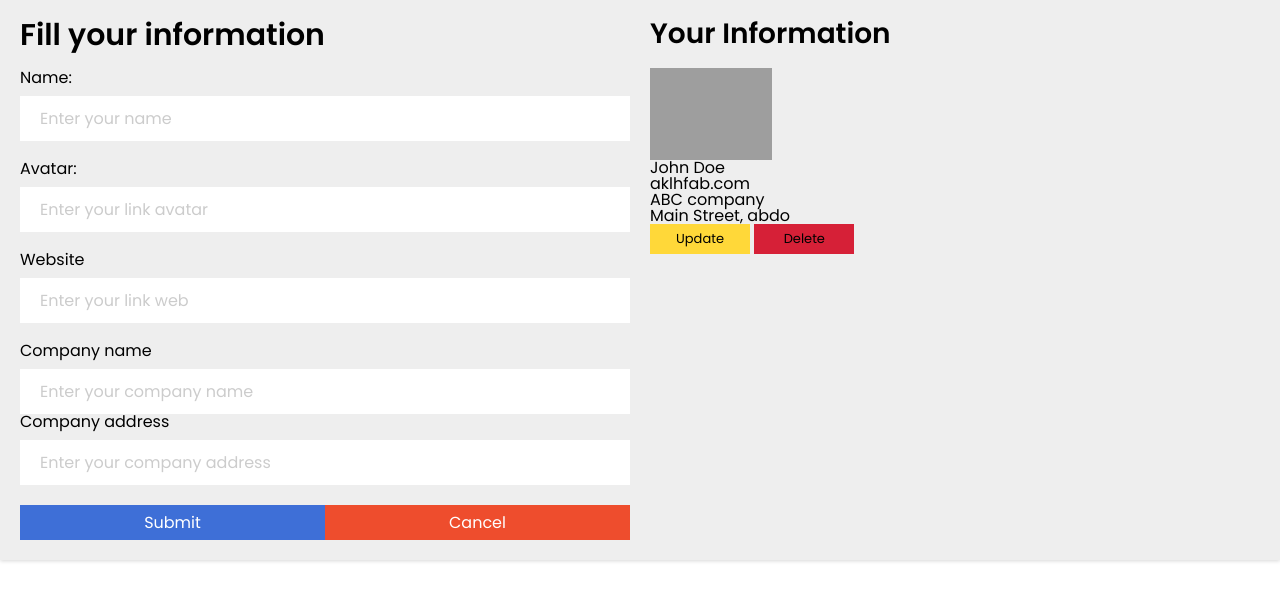
Repository: nttthao9/management
Page: index.html
The author's editor kept a copy of each file at every save. The page is drawn from the files as they stood at one save, then again after the next save.
The browser window is 1280 px wide. The pictures show the whole page.
Pictures or frames that could not be fetched are drawn as grey boxes. Some web libraries are served in a nearby version.

Above is the page before, as saved 2021-10-13 11:06:23.

### index.html
<!DOCTYPE html>
<html lang="en">

<head>
  <meta charset="UTF-8">
  <meta http-equiv="X-UA-Compatible" content="IE=edge">
  <meta name="viewport" content="width=device-width, initial-scale=1.0">
  <title>Promise</title>
  <link rel="preconnect" href="https://fonts.googleapis.com">
  <link rel="preconnect" href="https://fonts.gstatic.com" crossorigin>
  <link href="https://fonts.googleapis.com/css2?family=Poppins:wght@300;400;500;600&display=swap" rel="stylesheet">
  <link rel="stylesheet" href="https://cdnjs.cloudflare.com/ajax/libs/font-awesome/5.1.0-11/css/all.css"
    integrity="sha512-xO/VZFNBvip9IT+BD6Nq/pHdBvKeFcwygKqARlegjQ+5A68KsMSYrPbGP1oYow5ec9Tqq8peJXcn5J1bD4O00w=="
    crossorigin="anonymous" referrerpolicy="no-referrer" />
  <link rel="stylesheet" href="./.vscode/style.css">
</head>

<body>
  <div class="container">
    <div class="fill-infor">
      <form action="" id="form" autocomplete="off">
        <h2 class="form-title">Fill your information</h2>
        <div class="fill fill-name">
          <label for="name">Name:</label>
          <input type="text" id="name" name="name" autocomplete="off" placeholder="Enter your name">
        </div>
        <div class="fill fill-avatar">
          <label for="avatar">Avatar:</label>
          <input type="text" id="avatar" name="avatar" placeholder="Enter your link avatar">
        </div>
        <div class="fill fill-link">
          <label for="link-web">Website</label>
          <input type="link-web" id="link-web" name="link-web" placeholder="Enter your link web">
        </div>
        <div class="fill fill-company">
          <label for="company">Company name</label>
          <input type="text" id="company-name" name="company-name" placeholder="Enter your company name">
          <label for="company">Company address</label>
          <input type="text" id="company-address" name="company-address" placeholder="Enter your company address">
        </div>
        <div class="fill-btn">
          <button type="submit" class=" btn btn-submit">Submit</button>
          <button type="submit" class="btn btn-cancel">Cancel</button>
        </div>

      </form>
      <div class="manage">
        <h3 class="filled">Your Information</h3>
        <div class="manage-infor">
          <div class="your-image">
            <img src="http://lorempixel.com/640/480/abstract/" alt="">
          </div>
          <div class="your-name">
            <span class="name">John Doe</span>
          </div>
          <div class="your-link">
            <span class="name">aklhfab.com</span>
          </div>
          <div class="your-company">
            <span class="name">ABC company</span>
          </div>
          <div class="your-address">
            <span class="name">Main Street, abdo</span>
          </div>
        </div>
        <button type="submit" class="btn btn-update">Update</button>
        <button type="submit" class=" btn btn-delete">Delete</button>
      </div>
    </div>
  </div>
  <script src="./main.js"></script>
</body>

</html>

### .vscode/style.css
html {
  box-sizing: border-box;
  font-size: 62.5%;
}
* {
  margin: 0;
  padding: 0;
}
*,
*:before,
*:after {
  box-sizing: border-box;
}
input,
textarea,
select,
button {
  outline: none;
}
input {
  line-height: normal;
}
label,
button {
  cursor: pointer;
}
a {
  text-decoration: none;
}
img {
  display: block;
  max-width: 100%;
}
body {
  font-family: 'Poppins', sans-serif;
  line-height: 1;
  font-size: 1.6rem;
}
.container {
  padding: 2rem;
  background-color: #eee;
  box-shadow: rgba(0, 0, 0, 0.16) 0px 1px 4px;
}
.btn {
  padding: 5px 1rem;
  border: 0;
  font-size: 1.3rem;
  font-family: 'Poppins', sans-serif;
  cursor: pointer;
  transition: all 0.25s linear;
  width: 10rem;
}
.btn:hover {
  color: #333;
}
.fill-infor {
  display: flex;
  justify-content: space-between;
}
.image {
  width: 50%;
}
img {
  width: 100%;
}
#form {
  width: 50%;
}
.form-title {
  font-size: 3rem;
  margin-bottom: 2rem;
}
.fill {
  margin-bottom: 2rem;
}
.fill-btn {
  display: flex;
  justify-content: space-between;
}
label,
input {
  display: block;
}
label {
  margin-bottom: 1rem;
}
input {
  width: 100%;
  padding: 1rem 2rem;
  border: 0;
  font-size: 1.6rem;
  font-family: 'Poppins', sans-serif;
  color: #333;
}
input::-webkit-input-placeholder {
  color: #ccc;
}
input::-moz-placeholder {
  color: #ccc;
}
input:-ms-input-placeholder {
  color: #ccc;
}
input::-ms-input-placeholder {
  color: #ccc;
}
input::placeholder {
  color: #ccc;
}
.btn-submit {
  width: 100%;
  font-size: 1.6rem;
  background-color: #3e6fd7;
  color: white;
}
.btn-cancel {
  font-size: 1.6rem;
  background-color: #ee4d2d;
  width: 100%;
  color: white;
}
.manage {
  width: 50%;
  margin-left: 2rem;
}
.infor-item {
  display: flex;
  /* justify-content: space-between; */
  align-items: center;
}
.infor-desc {
  margin: 0 2rem;
}
.infor-desc span {
  display: block;
  margin: 1rem 0;
}
.button {
  margin-left: auto;
}
.filled {
  font-size: 2.8rem;
  margin-bottom: 2rem;
}
.your-image {
  width: 20%;
  /* height: 5rem; */
}

.btn-update {
  background-color: #ffd839;
  margin-bottom: 1rem;
}
.btn-delete {
  background-color: #d62037;
}

Loaded but not shown: main.js (no stored copy; drawn as an empty file)

After the next save:
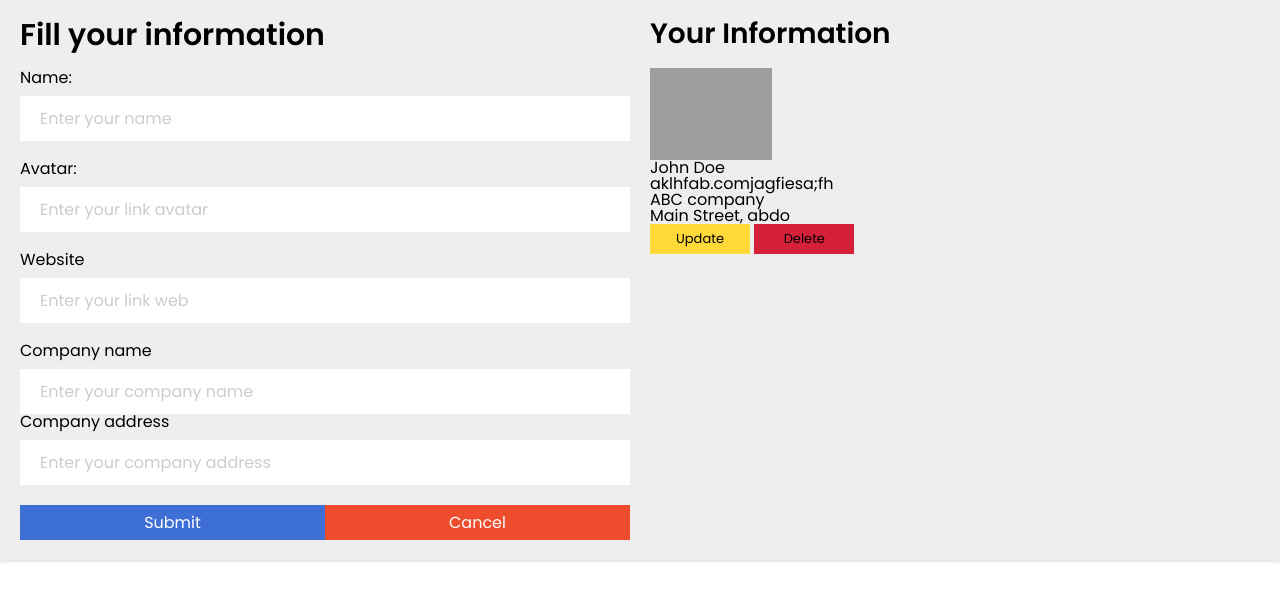
Saved 12 s later.
--- a/index.html
+++ b/index.html
@@ -54,7 +54,7 @@
             <span class="name">John Doe</span>
           </div>
           <div class="your-link">
-            <span class="name">aklhfab.com</span>
+            <span class="name">aklhfab.comjagfiesa;fh</span>
           </div>
           <div class="your-company">
             <span class="name">ABC company</span>
